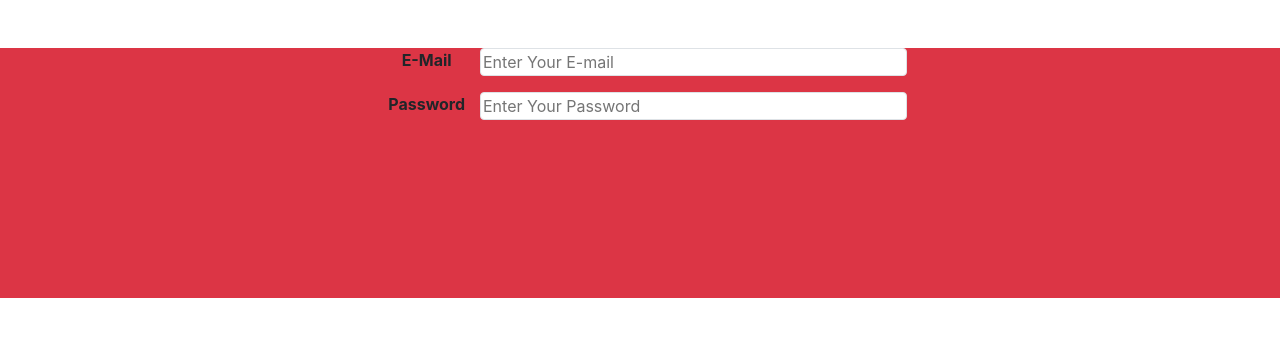
Repository: mariamkhaledsapra/E-Commerce-main
Page: /login
These files come from the project's save history. The page is drawn as it stood at one moment and after the next save; the edit follows.
The browser window is 1280 px wide. The pictures show the whole page.
The project was rebuilt for these pictures with package versions that can differ from the ones it lists, and the page was loaded fresh each time. Also part of the build but not shown: src/components/Navbar.jsx.

Above is the page before, as saved 2024-02-13 21:41:28.

After the next save:
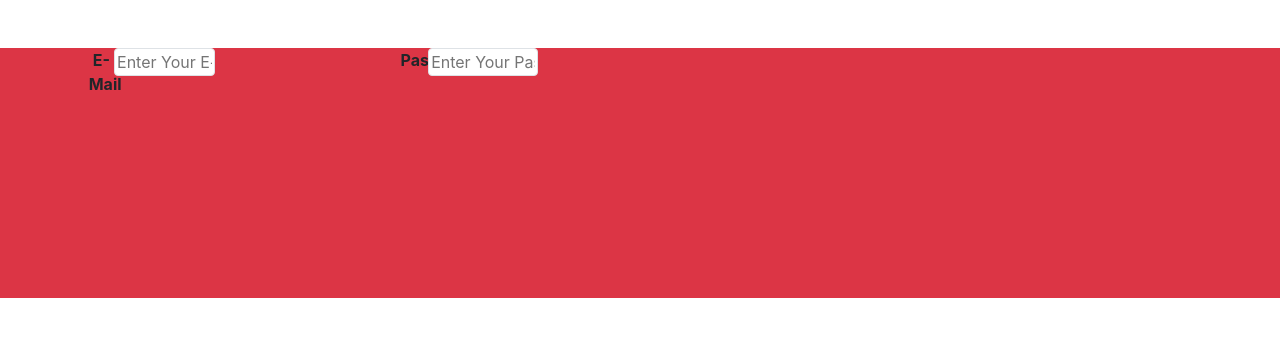
Saved 10 s later.
--- a/src/components/Login.jsx
+++ b/src/components/Login.jsx
@@ -2,7 +2,7 @@ import React from "react";
 
 const Login = () => {
   return (
-    <div className="bg-danger  mt-5" style={{ height: "250px" }}>
+    <div className="bg-danger d-flex mt-5" style={{ height: "250px" }}>
       {" "}
       <div className="mb-3  d-flex justify-content-center">
         <label className="fw-bolder col-1">E-Mail</label>
